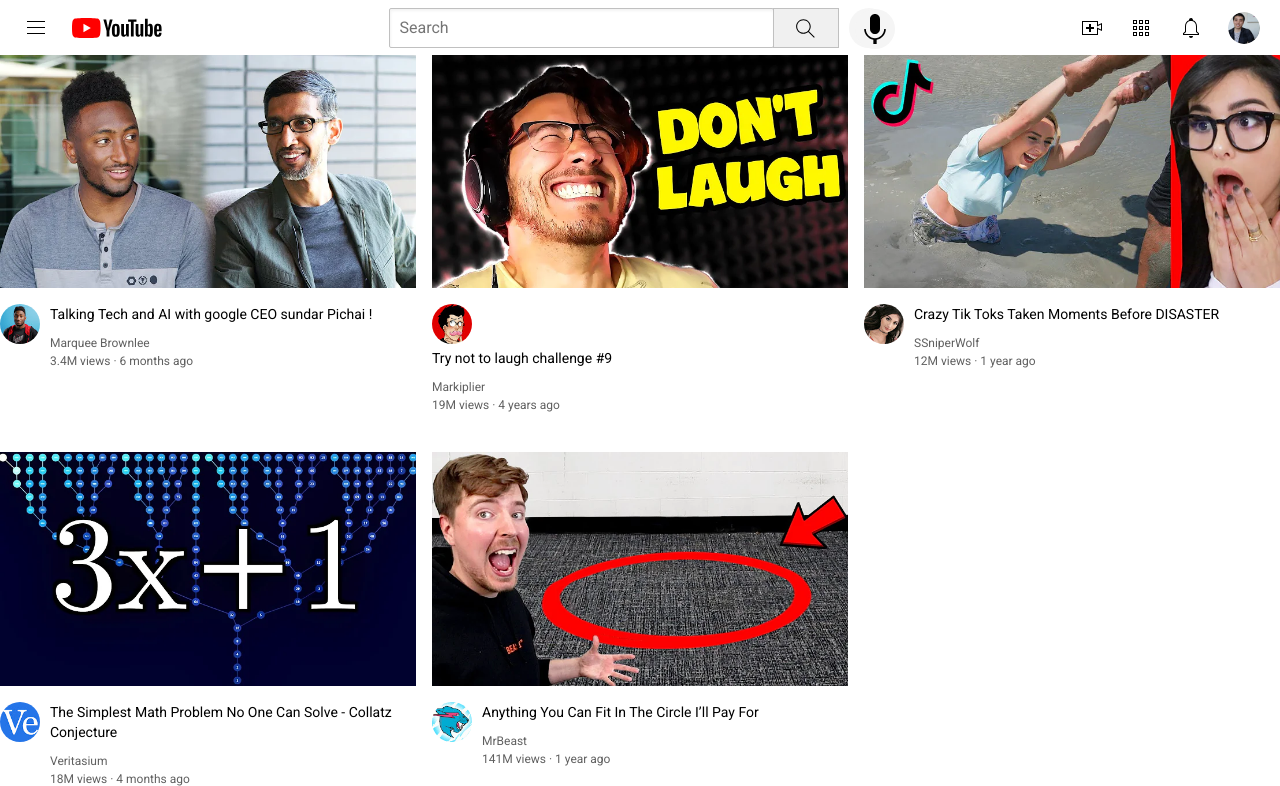
Repository: knowledgeAlan/html-css-thirteen
Page: youtube.html
An editor plug-in stored every save of this project. The page is shown before and after the next save, followed by the edit.
The browser window is 1280 px wide. The pictures show the whole page.

Above is the page before, as saved 2024-03-22 17:54:32.

After the next save:
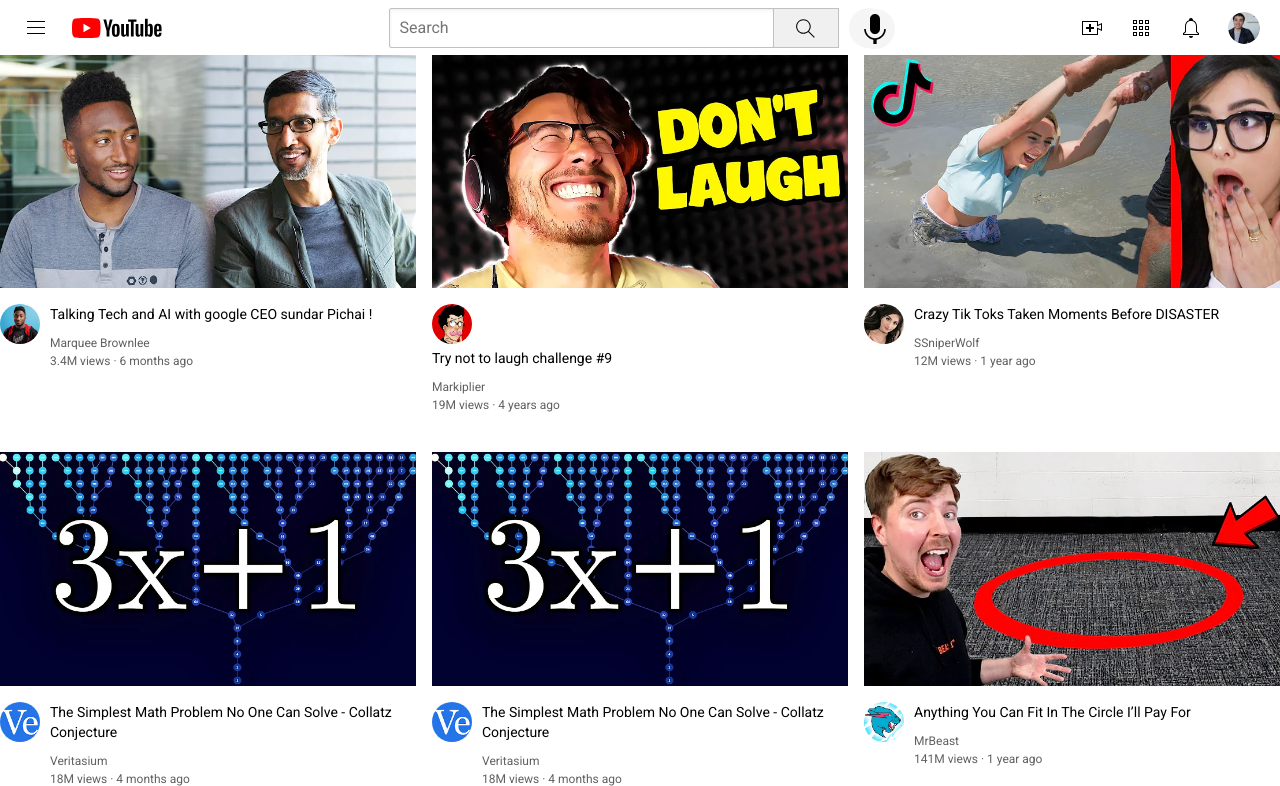
Saved 11 s later.
--- a/youtube.html
+++ b/youtube.html
@@ -159,6 +159,29 @@
 
                     </div>
                 </div>
+            </div> <div class="video-preview">
+                <div class="thumbnail-row">
+                    <img class="thumbnail" src="thumbnails/thumbnail-4.webp">
+                </div>
+                <div class="video-info-grid">
+                    <div class="channel-picture">
+                        <img class="profile-picture" src="channel-pictures/channel-4.jpeg">
+                    </div>
+
+                    <div class="video-info">
+                        <p class="video-title">
+                            The Simplest Math Problem No One Can Solve - Collatz Conjecture
+                        </p>
+                        <p class="video-author">
+                            Veritasium
+                        </p>
+
+                        <p class="video-stats">
+                            18M views &#183; 4 months ago
+                        </p>
+
+                    </div>
+                </div>
             </div>
 
             <div class="video-preview">
